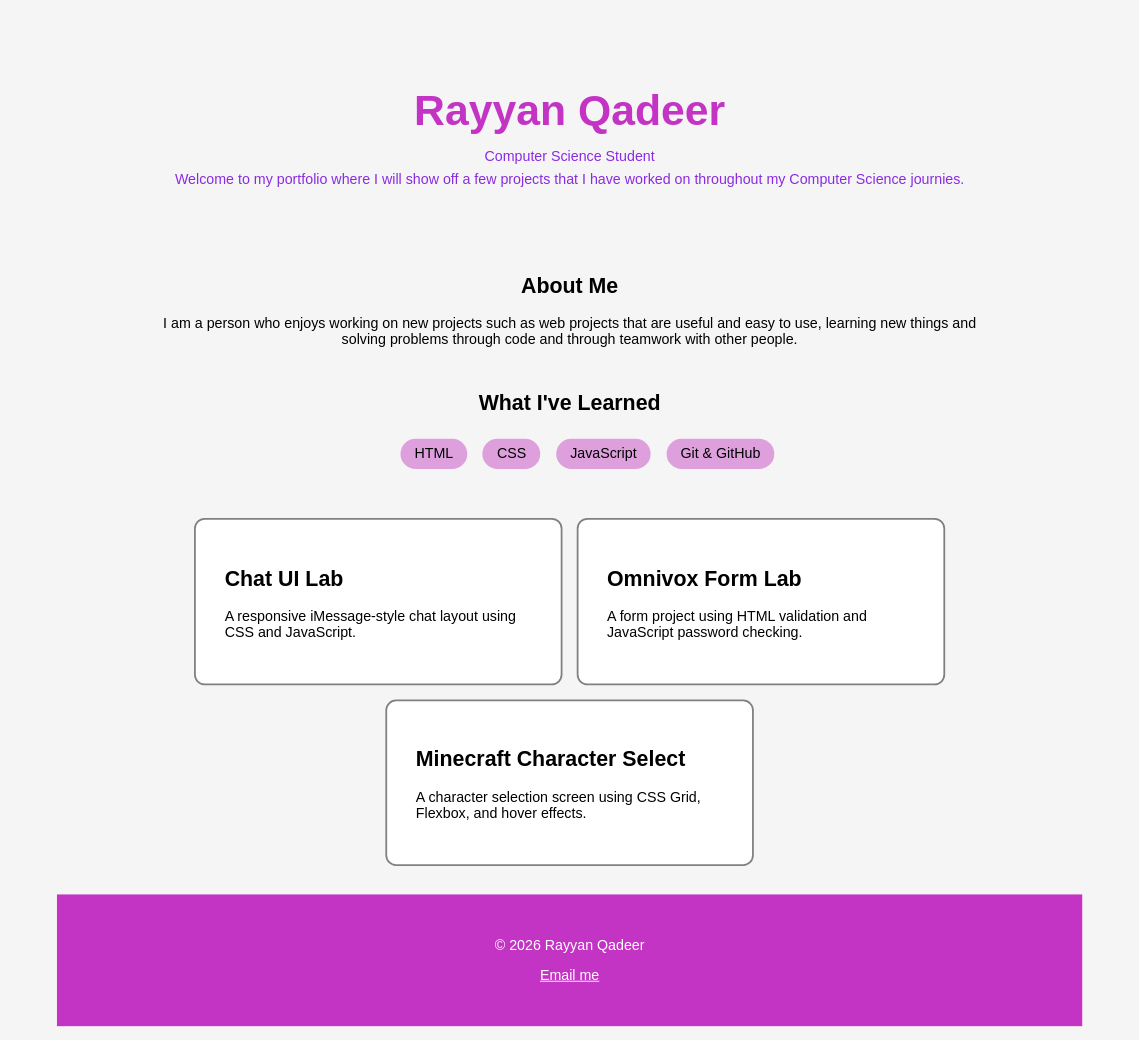
Repository: rayyan-qadeer/rayyan-qadeer
Page: index.html
These files come from the project's save history. The page is drawn as it stood at one moment and after the next save; the edit follows.
The browser window is 1280 px wide. The pictures show the whole page, at 89% of full size.

Above is the page before, as saved 2026-05-20 18:53:08.

### index.html
<!doctype html>
<html lang="en">
  <head>
    <meta charset="UTF-8" />
    <meta name="viewport" content="width=device-width, initial-scale=1.0" />
    <title>Rayyan Qadeer Portfolio</title>
    <link rel="stylesheet" href="./styles/globals.css" />
    <link rel="stylesheet" href="./styles/index.css" />
  </head>
  <body>
    <main>
      <header>
        <h1>Rayyan Qadeer</h1>
        <p class="subtitle">Computer Science Student</p>
        <p class="description">
          Welcome to my portfolio where I will show off a few projects that I
          have worked on throughout my Computer Science journies.
        </p>
      </header>

      <section class="about">
        <h2>About Me</h2>
        <p>
          I am a person who enjoys working on new projects such as web projects
          that are useful and easy to use, learning new things and solving
          problems through code and through teamwork with other people.
        </p>
      </section>

      <section class="skills">
        <h2>What I've Learned</h2>
        <ul>
          <li>HTML</li>
          <li>CSS</li>
          <li>JavaScript</li>
          <li>Git & GitHub</li>
        </ul>
      </section>

      <section class="projects">
        <a class="card" href="./pages/chat-ui.html">
          <h2>Chat UI Lab</h2>
          <p>
            A responsive iMessage-style chat layout using CSS and JavaScript.
          </p>
        </a>

        <a class="card" href="./pages/omnivox-form.html">
          <h2>Omnivox Form Lab</h2>
          <p>
            A form project using HTML validation and JavaScript password
            checking.
          </p>
        </a>

        <a class="card" href="./pages/minecraft-character-select.html">
          <h2>Minecraft Character Select</h2>
          <p>
            A character selection screen using CSS Grid, Flexbox, and hover
            effects.
          </p>
        </a>
      </section>

      <footer>
        <p>© 2026 Rayyan Qadeer</p>
        <p>
          <a href="mailto:rayyanqadeer@outlook.com">Email me</a>
        </p>
      </footer>
    </main>
  </body>
</html>

### styles/globals.css
body {
    margin: 0rem;
    font-family: Arial, Helvetica, sans-serif;
    background-color: whitesmoke;
    color: black;
}

### styles/index.css
main {
  padding: 1rem;
  max-width: 90%;
  margin: 0 auto;
}

header {
  text-align: center;
  margin-bottom: 3rem;
  padding: 3rem 1rem;
}

header h1 {
  font-size: 3rem;
  margin-bottom: 0.5rem;
  color: rgb(196, 52, 196);
}

.subtitle {
  color: blueviolet;
  margin-bottom: 0.5rem;
}

.description {
  max-width: 80%;
  margin: 0 auto;
  color: blueviolet;
}

.about,
.skills {
  text-align: center;
  max-width: 80%;
  margin: 3rem auto;
}

.skills li {
  display: inline-block;
  margin: 0.4rem;
  padding: 0.5rem 1rem;
  background-color: plum;
  border-radius: 20px;
}

.projects {
  display: flex;
  flex-direction: column;
  gap: 1rem;
  margin: 2rem auto;
}

.card {
  background-color: white;
  padding: 2rem;
  border-radius: 0.75rem;
  border: 2px solid gray;
  text-decoration: none;
  color: black;
  transition: transform 0.2s ease, background-color 0.2s ease;
}

.card:hover {
  transform: translateY(-4px);
  background-color: plum;
}

.card:focus {
  outline: 3px solid blueviolet;
  outline-offset: 4px;
}

footer a {
  color: white;
}

footer {
  text-align: center;
  margin-top: 2rem;
  padding: 2rem;
  background-color: rgb(196, 52, 196);
  color: white;
}

@media (min-width: 768px) {
  .projects {
    flex-direction: row;
    flex-wrap: wrap;
    justify-content: center;
  }

  .card {
    width: 48%;
  }
}

@media (min-width: 1024px) {
  .card {
    width: 30%;
  }
}

After the next save:
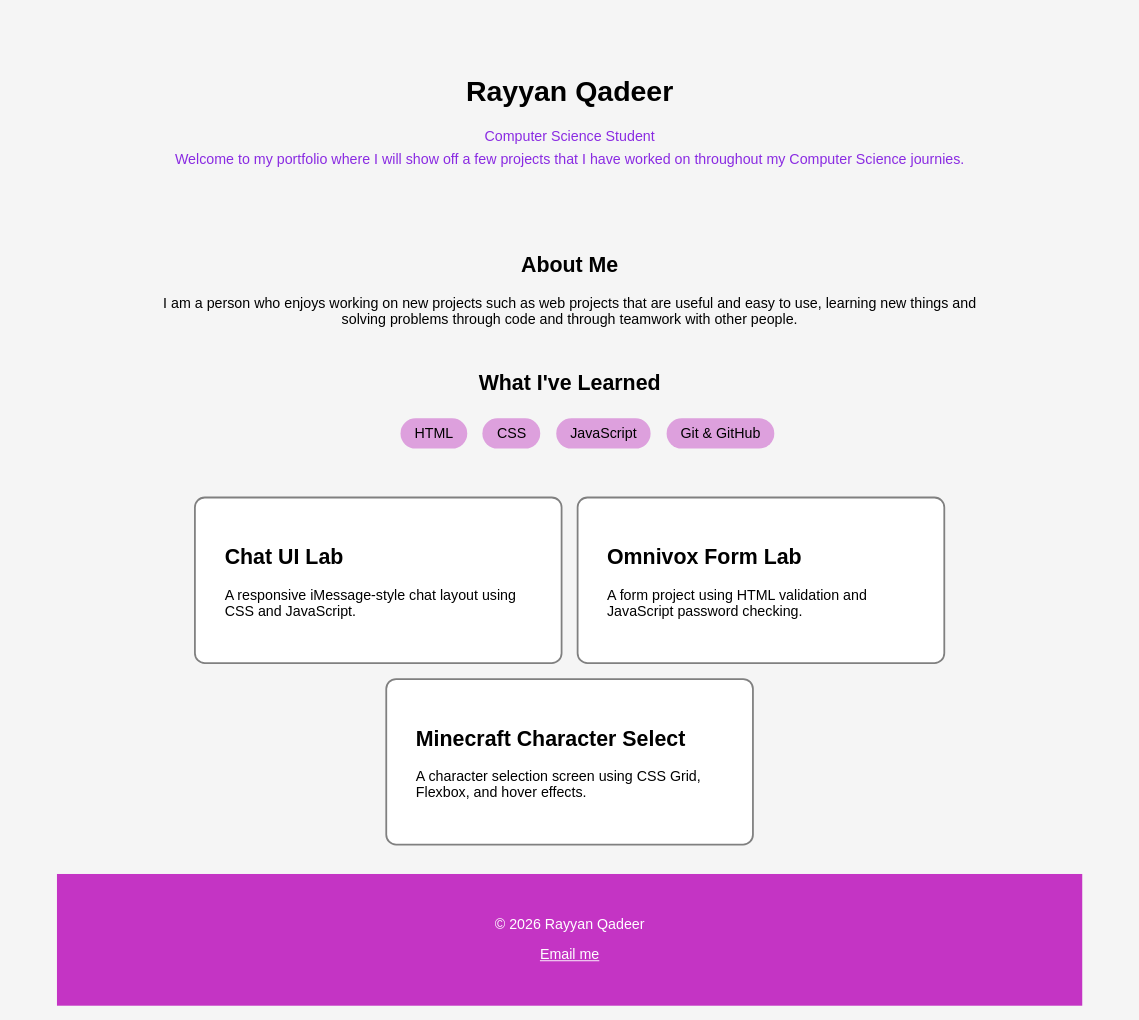
Saved 26 min 32 s later.
--- a/styles/index.css
+++ b/styles/index.css
@@ -8,12 +8,6 @@ header {
   text-align: center;
   margin-bottom: 3rem;
   padding: 3rem 1rem;
-}
-
-header h1 {
-  font-size: 3rem;
-  margin-bottom: 0.5rem;
-  color: rgb(196, 52, 196);
 }
 
 .subtitle {
